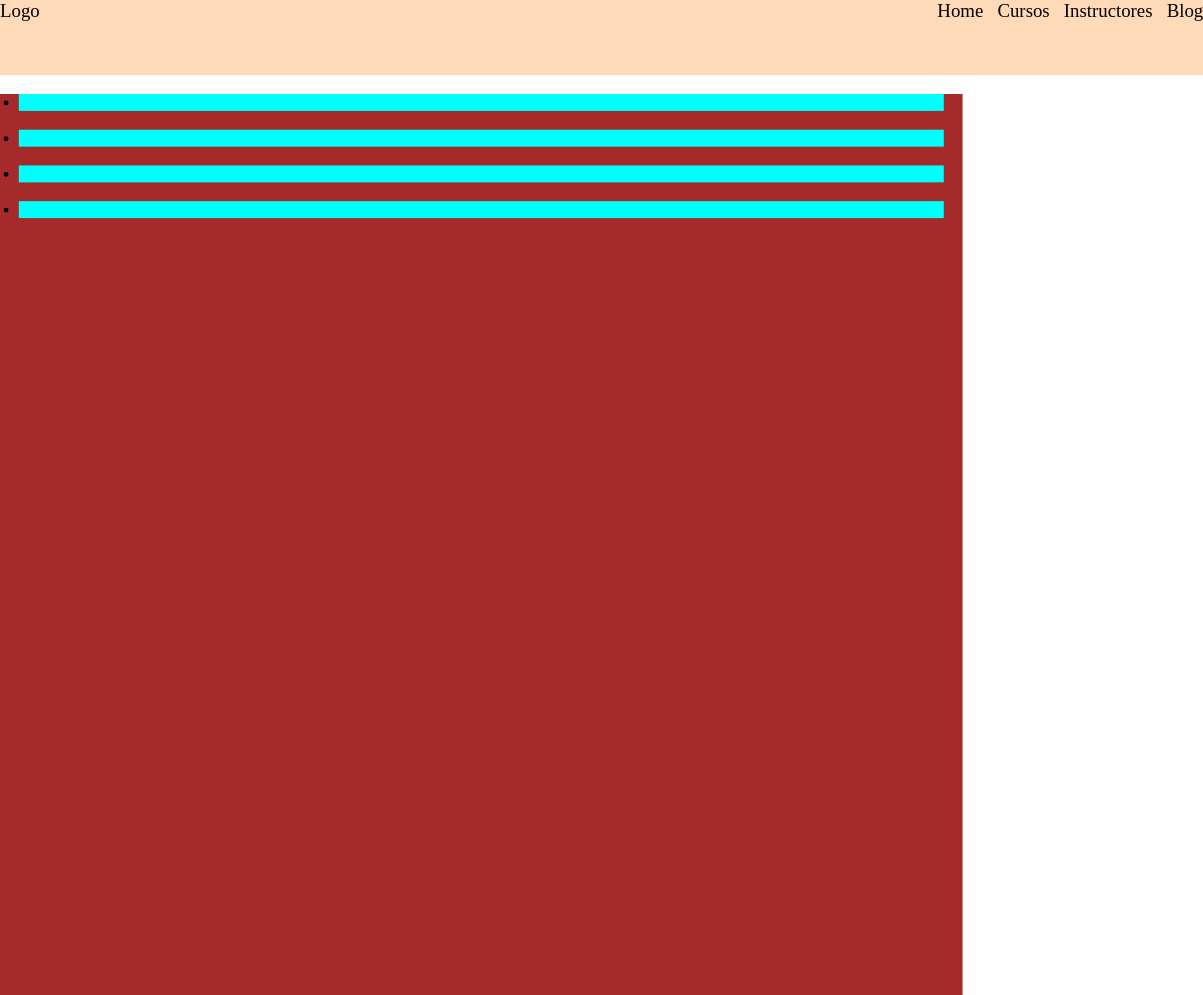
Repository: Daniel009980/daniel0099980
Page: desafiolayout1/index.html
These files come from the project's save history. The page is drawn as it stood at one moment and after the next save; the edit follows.
The browser window is 1280 px wide. The pictures show the whole page, at 94% of full size.

Above is the page before, as saved 2022-09-21 05:58:57.

After the next save:
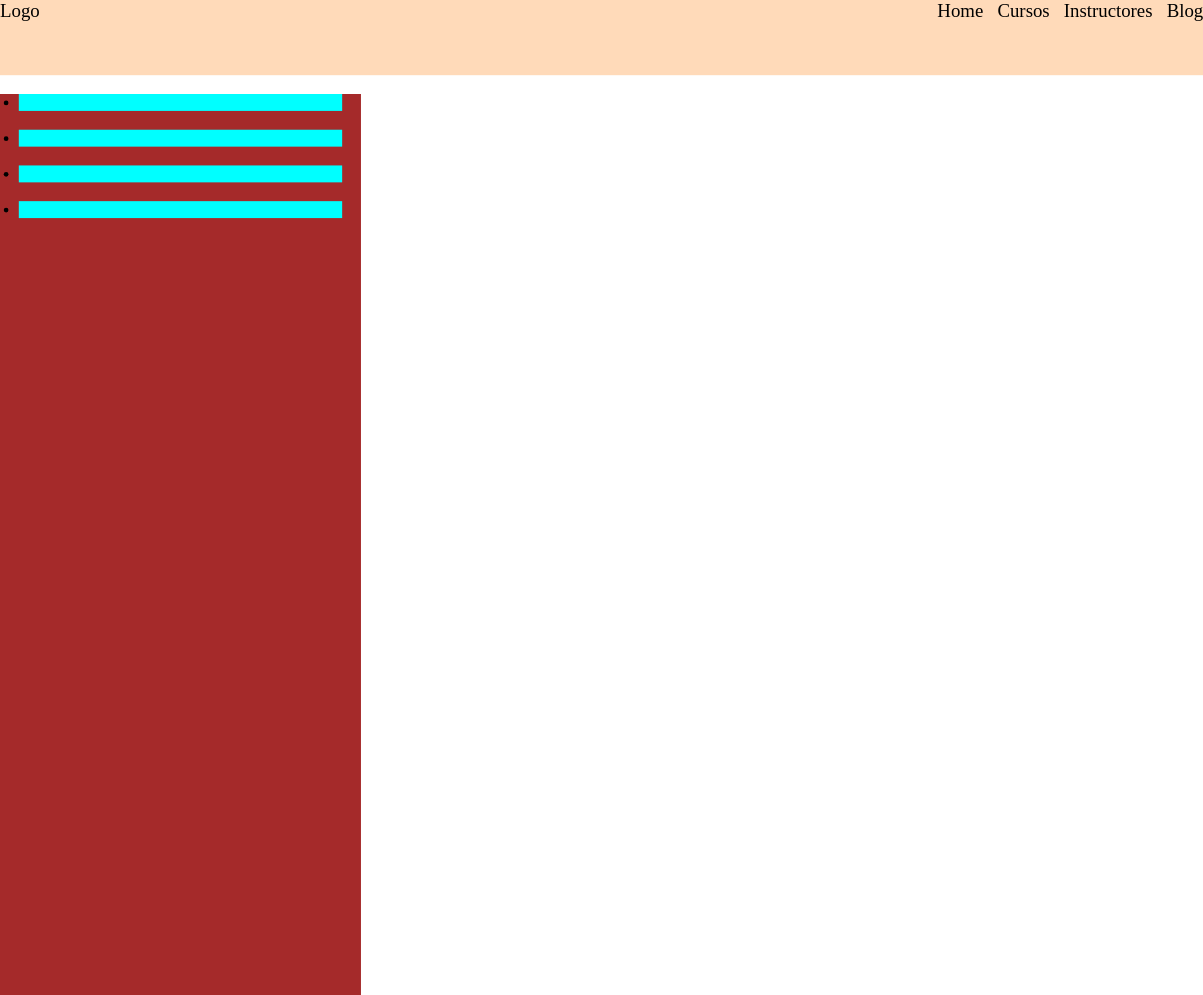
Saved 26 s later.
--- a/desafiolayout1/style.css
+++ b/desafiolayout1/style.css
@@ -32,8 +32,8 @@
 
 }
 section{
-    width: 80%;
-    min-width: 80px;
+    width: 30%;
+
                    /* esto es para delimitar el tamaño del ancho de la seccionq ue estamos mandando a llamar */
     min-height: 959px;                  /* aqui le estamo diciendoa la seccion que su tamaño minimo sera de 500 pixeles pero si tiene mas contenido no deja de crecer hasta que el contenido termine de crecer y asi evitamos el overflow de contenido */
    background-color: brown;                       /* aqui significa que le agregue 0 de arriba y abajo pero que de los lados lo ajuste automaticamente por eso queda cemtrado */
